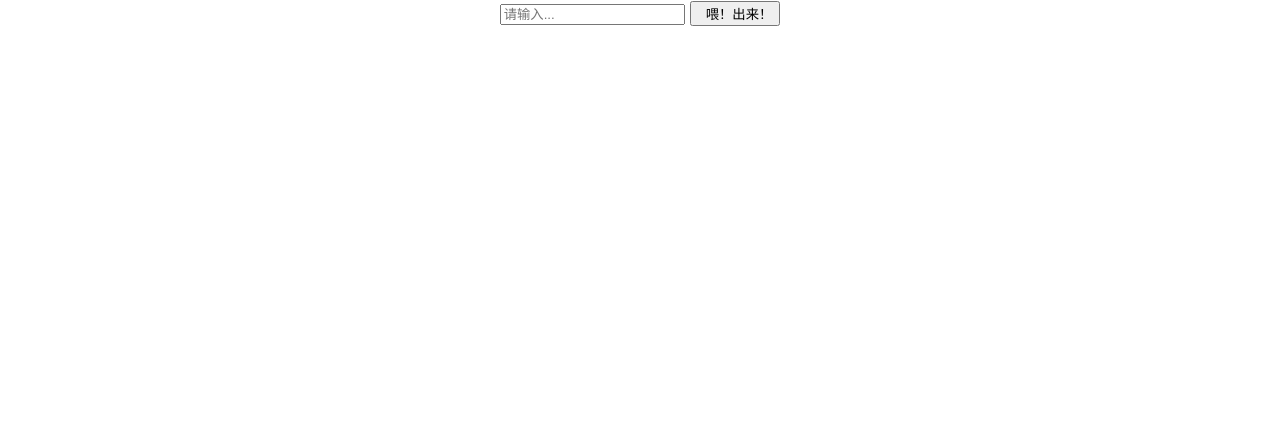
Repository: StarunneR/one-page
Page: index.html
An editor plug-in stored every save of this project. The page is shown before and after the next save, followed by the edit.
The browser window is 1280 px wide. The pictures show the whole page.

Above is the page before, as saved 2022-01-08 18:40:55.

### index.html
<!doctype html>
<html lang="zh">

<head>
    <meta charset="utf-8" />
    <title>浊池留言板</title>
    <script src="waline/waline.js"></script>
    <link rel="shortcut icon" href="./favicon.ico" />
    <link href="static/css/main.css" rel="stylesheet" type="text/css" />
</head>

<body>
    <div class="front_page">
        <input type="text" placeholder="请输入..." name="" id="page" value="" />
        <button onclick="visit()">&nbsp;&nbsp;喂！出来！</button>
        <script>
            function visit() {
                window.location.href = document.getElementById("page").value;
            };
        </script>
    </div>
</body>

</html>

### static/css/main.css
body {
  margin: auto;
  padding: auto;
  font-family: -apple-system, BlinkMacSystemFont, "Segoe UI", "Roboto", "Oxygen",
    "Ubuntu", "Cantarell", "Fira Sans", "Droid Sans", "Helvetica Neue",
    sans-serif;
  -webkit-font-smoothing: antialiased;
  -moz-osx-font-smoothing: grayscale;
}
a {
  text-decoration: none;
  color: #000;
}
.app {
  background: #c0edc6;
  max-width: 720px;
  margin: 0 auto;
  padding-bottom: 2rem;
}
.app__header {
  font-size: 1.2rem;
  color: #2e352e;
  border-top: 1px solid transparent;
  border-bottom: 1px solid transparent;
  box-sizing: border-box;
}
html {
  font-size: 14px;
}
@media screen and (min-width: 321px) and (max-width: 375px) {
  html {
    font-size: 14px;
  }
body {
    text-align: center;
    min-height: 0px;
}

}
@media screen and (min-width: 376px) and (max-width: 414px) {
  html {
    font-size: 15px;
  }
}
@media screen and (min-width: 415px) and (max-width: 639px) {
  html {
    font-size: 16px;
  }
}
@media screen and (min-width: 640px) and (max-width: 719px) {
  html {
    font-size: 17px;
  }
}
@media screen and (min-width: 720px) and (max-width: 749px) {
  html {
    font-size: 18px;
  }
}
@media screen and (min-width: 750px) and (max-width: 799px) {
  html {
    font-size: 20px;
  }
}
@media screen and (min-width: 800px) {
  html {
    font-size: 20px;
  }
}
.front_page {
  text-align: center;
  margin: auto;
}

Loaded but not shown: waline/waline.js (library)

After the next save:
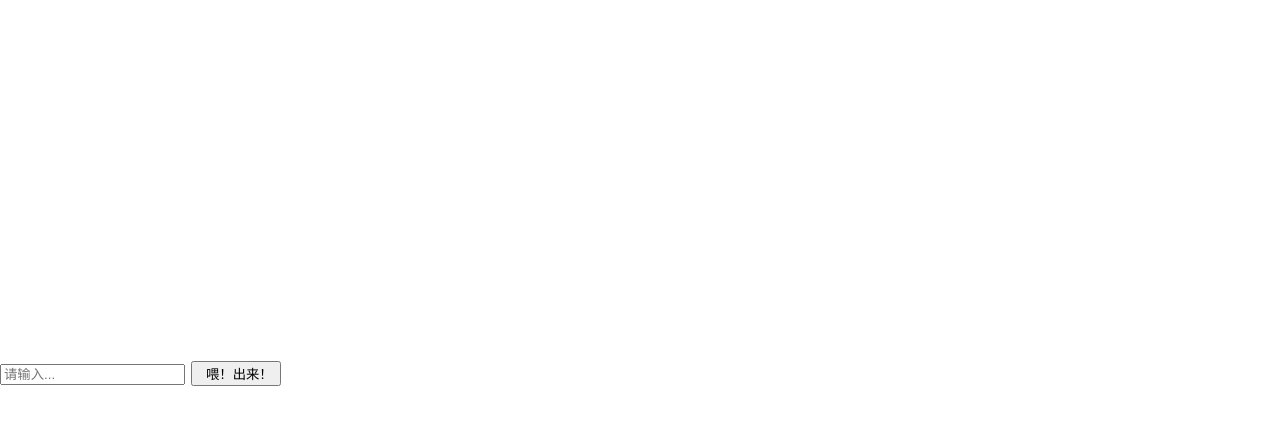
Saved 101 s later.
--- a/static/css/main.css
+++ b/static/css/main.css
@@ -69,5 +69,6 @@ body {
 }
 .front_page {
   text-align: center;
-  margin: auto;
+  position: absolute;
+  top: 50%;
 }
